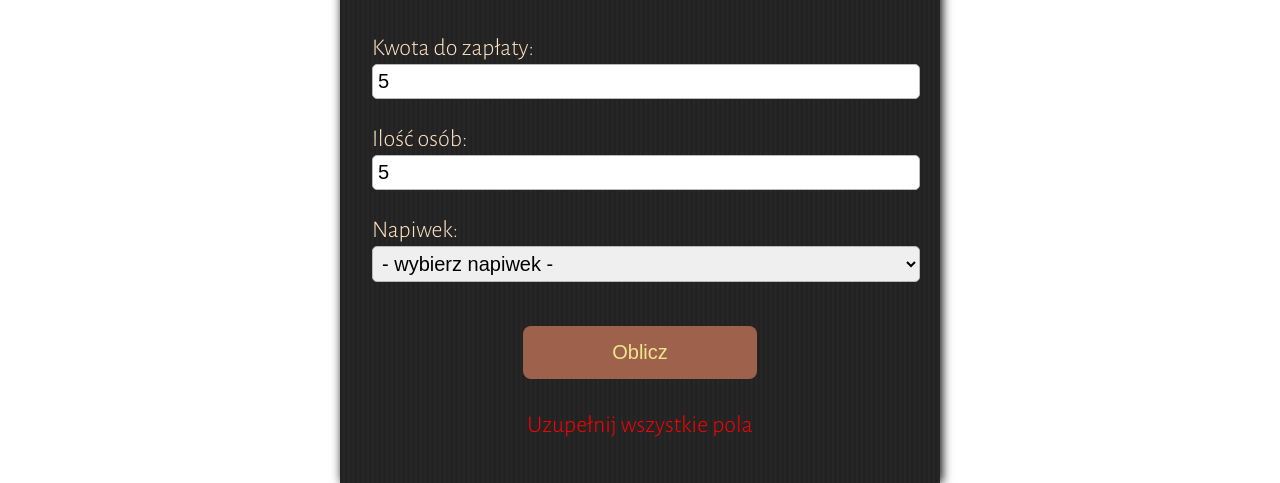
Repository: KrzysKolo/Projekt-2_Rachunek
Page: index.html
The author's editor kept a copy of each file at every save. The page is drawn from the files as they stood at one save, then again after the next save.
The browser window is 1280 px wide. The pictures show the part of the page from y = 314 to 797 px (the page is 797 px tall before and 745 px after).
Empty fields were first filled with sample values (such as "Sample", 5 or name@example.com).
After loading, the first visible `button.article__btn` was clicked once.
Some web fonts or font styles are not loaded; a fallback is used.

Above is the page before, as saved 2020-07-03 02:36:43.

After the next save:
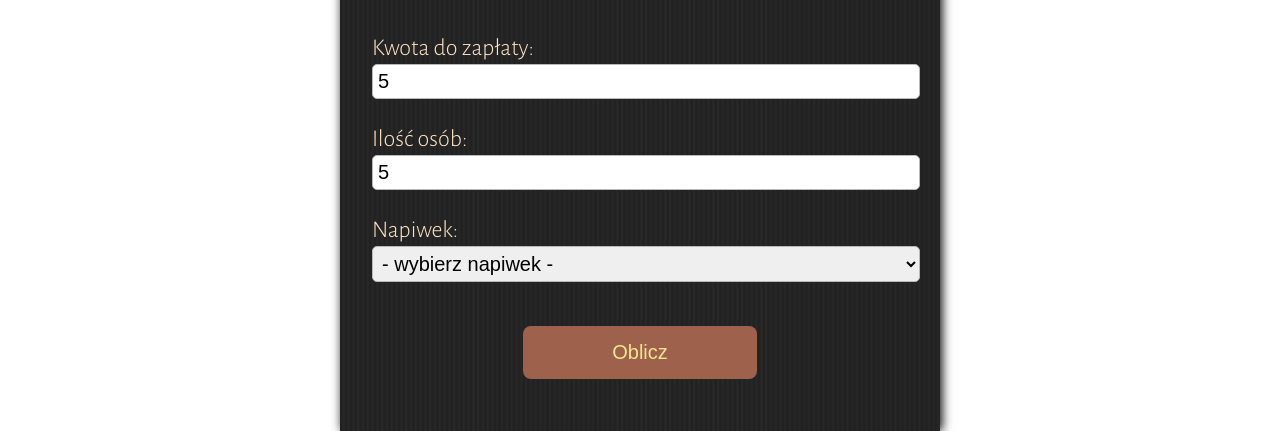
Saved 23 s later.
--- a/js/index.js
+++ b/js/index.js
@@ -8,6 +8,7 @@
 
 const showBill = () => {
   if (price.value == "" || people.value == "" || tip.value == 0) {
+    error.style.display = "none";
     error.textContent = "Uzupełnij wszystkie pola";
   } else {
     countBill();
@@ -20,7 +21,7 @@
   let p = newPrice * newTip;
   const sum = (newPrice + p) / newPeople;
   info.style.display = "block";
-  error.style.display = "none";
+
   infoSpan.textContent = sum;
 };
 btCnount.addEventListener("click", showBill);

After the save that followed:
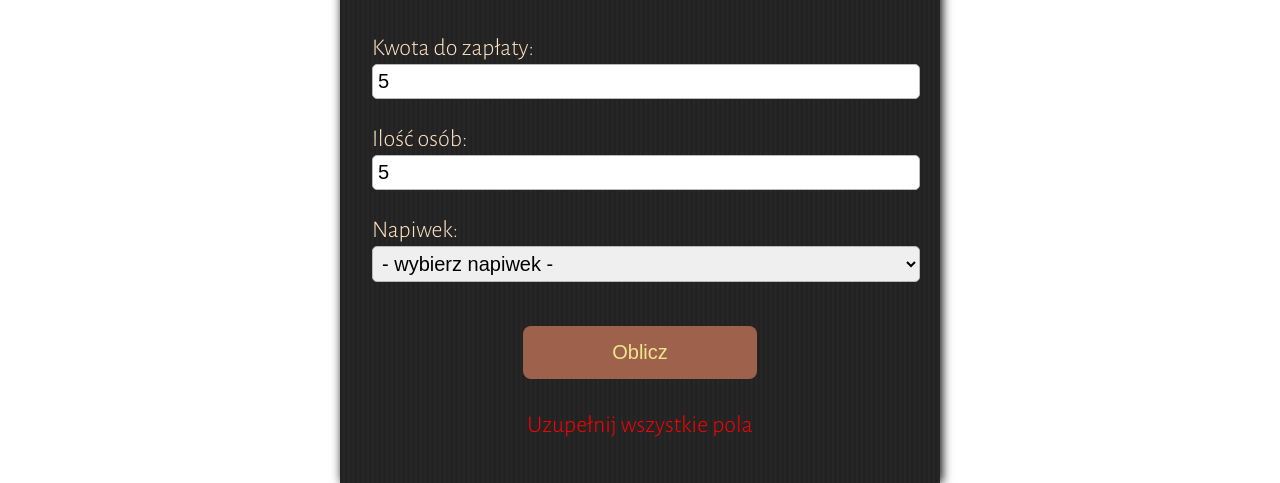
Saved 57 s later.
--- a/js/index.js
+++ b/js/index.js
@@ -8,7 +8,7 @@
 
 const showBill = () => {
   if (price.value == "" || people.value == "" || tip.value == 0) {
-    error.style.display = "none";
+    error.style.display = "block";
     error.textContent = "Uzupełnij wszystkie pola";
   } else {
     countBill();
